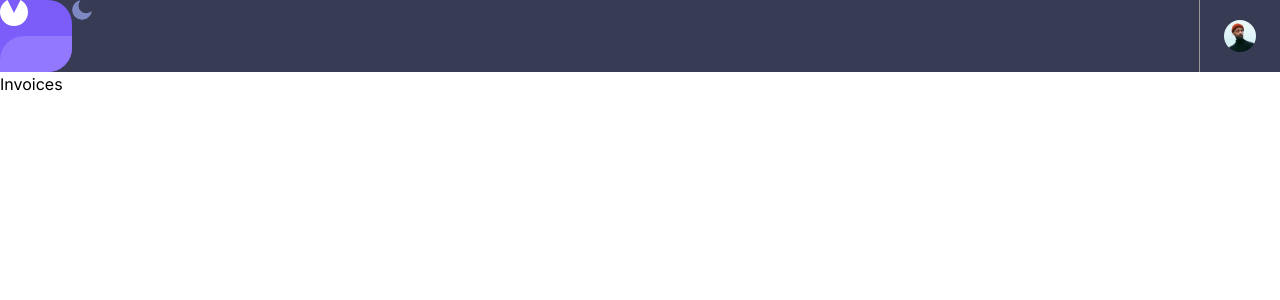
Repository: theoneswhodead/invoice-app
Page: /
The author's editor kept a copy of each file at every save. The page is drawn from the files as they stood at one save, then again after the next save.
The browser window is 1280 px wide. The pictures show the whole page.
The project was rebuilt for these pictures with package versions that can differ from the ones it lists, and the page was loaded fresh each time. The framework's server and built-in components were replaced by stand-ins that run in the browser. Also part of the build but not shown: next.config.mjs.

Above is the page before, as saved 2024-08-19 18:06:08.

### app/layout.tsx
import type { Metadata } from "next";
import { Inter } from "next/font/google";
import "./globals.css";

const inter = Inter({ subsets: ["latin"] });

export const metadata: Metadata = {
  title: "Invoice app<",
  description: "Invoice app",
};

export default function RootLayout({
  children,
}: Readonly<{
  children: React.ReactNode;
}>) {
  return (
    <html lang="en">
      <head>
        <link
            rel="icon"
            type="image/png"
            sizes="16x16"
            href="/favicon-32x32.png"
          />
      </head>
      <body className={inter.className}>{children}</body>
    </html>
  );
}

### app/page.tsx
import BarMenu from "./components/BarMenu";
import Invoices from "./components/Invoices";

export default function Home() {
  return (
    <main className="">
      <BarMenu />
      <Invoices />
    </main>
  );
}

### app/globals.css
@import url('https://fonts.googleapis.com/css2?family=League+Spartan:wght@100..900&display=swap');

@tailwind base;
@tailwind components;
@tailwind utilities;

### app/components/BarMenu.tsx
import React from 'react'
import Image from 'next/image'

const BarMenu = () => {
  return (
    <nav className='bg-gray h-[4.5rem] flex justify-between'>
      <div className='flex justify-between '>
        <div className='bg-purple h-[4.5rem] w-[4.5rem] rounded-r-3xl relative'>

            <Image
                src="/logo.svg"
                width={28}
                height={26}
                alt="Logo"
                className='absolute top-[-1/4]'
            />
            <div className='bg-light_purple w-[4.5rem] h-[2.25rem] mt-[36px] rounded-br-3xl rounded-tl-3xl'>

</div>
        </div>
        <div>
            <Image
                src="/icon-moon.svg"
                width={20}
                height={20}
                alt="Theme Mode"
                className='rounded-full'
            />
        </div>
      </div>
      <div className='border-l border-light_gray'>
        <Image
            src="/image-avatar.jpg"
            width={32}
            height={32}
            alt="Avatar"
            className='rounded-full my-[1.25rem] mx-[1.5rem]'
        />
      </div>
    </nav>
  )
}

export default BarMenu

### app/components/Invoices.tsx
import React from 'react'

const Invoices = () => {
  return (
    <div>
      Invoices
    </div>
  )
}

export default Invoices

### tailwind.config.ts
import type { Config } from "tailwindcss";

const config: Config = {
  content: [
    "./pages/**/*.{js,ts,jsx,tsx,mdx}",
    "./components/**/*.{js,ts,jsx,tsx,mdx}",
    "./app/**/*.{js,ts,jsx,tsx,mdx}",
  ],
  darkMode: 'selector',
  theme: {
    extend: {
      colors: {
        "purple": "#7C5DFA",
        "light_purple": "#9277FF",
        "charcoal_blue": "#1E2139",
        "charcoal_gray": "#252945",
        "lavender_blue": "#DFE3FA",
        "cool_gray": "#888EB0",
        "wild_blue_yonder": "#7E88C3",
        "gunmetal": "#0C0E16",
        "coral_red": "#EC5757",
        "periwinkle": "#9277FF",
        "off_white": "#F8F8FB",
        "rich_black": "#141625",
        "gray": "#373B53",
        "light_gray": "#979797"
      },
      fontFamily: {
        Leagie_Spartan: ["League Spartan", "sans-serif"],
      },
      screens: {
        xxs: "280px",
        xs: "375px",
        ss: "580px",
        sm: "768px",
        md: "1060px",
        lg: "1440px",
        xl: "1700px",
      },
    },
  },
  plugins: [],
};
export default config;

After the next save:
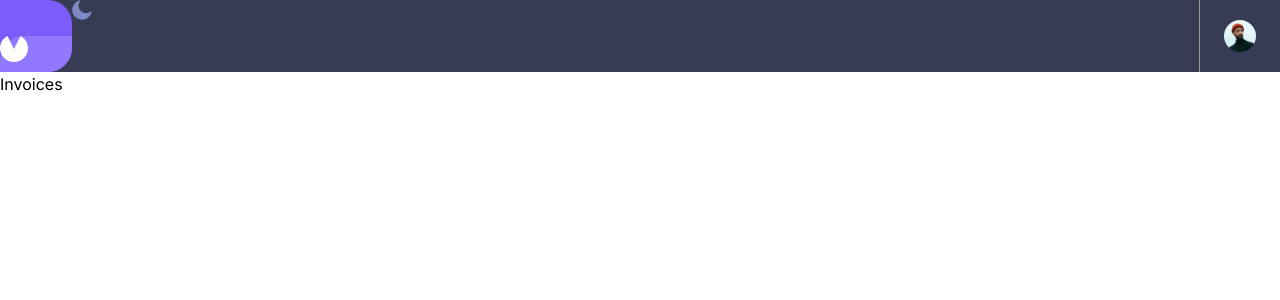
Saved 78 s later.
--- a/app/components/BarMenu.tsx
+++ b/app/components/BarMenu.tsx
@@ -12,7 +12,7 @@ const BarMenu = () => {
                 width={28}
                 height={26}
                 alt="Logo"
-                className='absolute top-[-1/4]'
+                className='absolute top-1/2'
             />
             <div className='bg-light_purple w-[4.5rem] h-[2.25rem] mt-[36px] rounded-br-3xl rounded-tl-3xl'>
 
